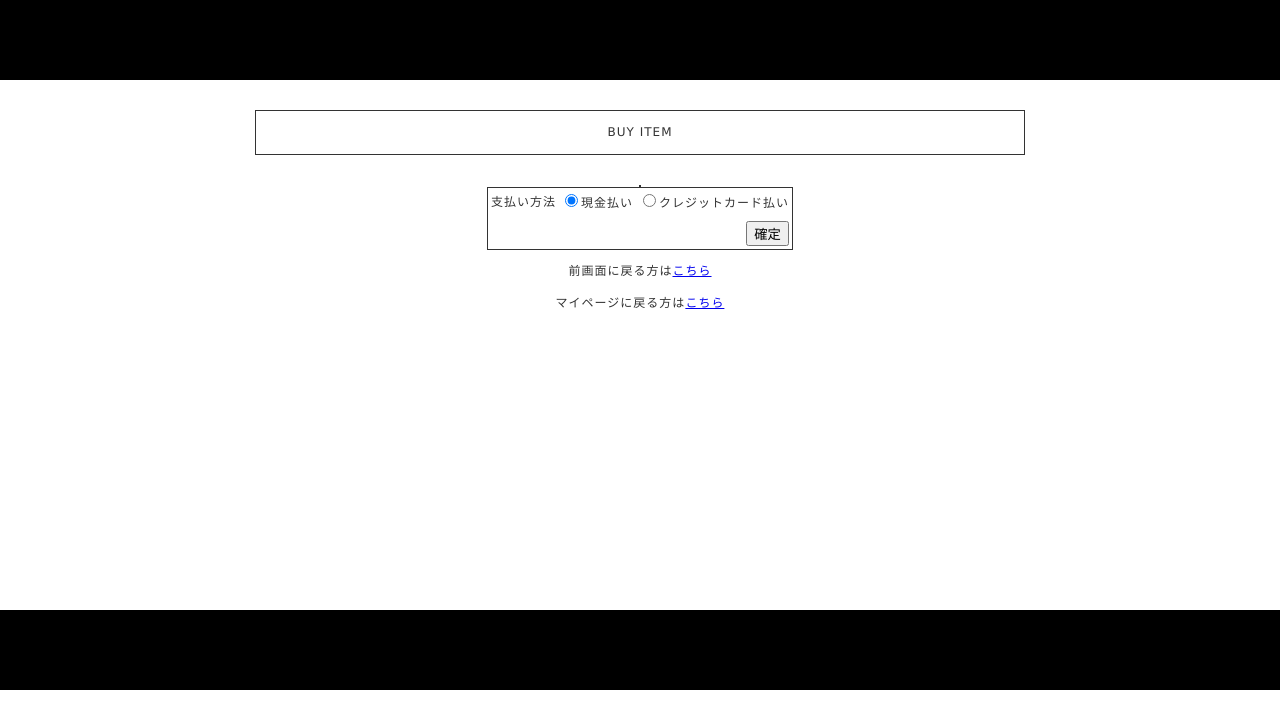
Repository: kf3225/backup
Page: http://localhost/ecsite/buyItem.jsp
The author's editor kept a copy of each file at every save. The page is drawn from the files as they stood at one save, then again after the next save.
The browser window is 1280 px wide. The pictures show the whole page.
The page is served by Tomcat 9.

Above is the page before, as saved 2018-01-29 06:41:54.

After the next save:
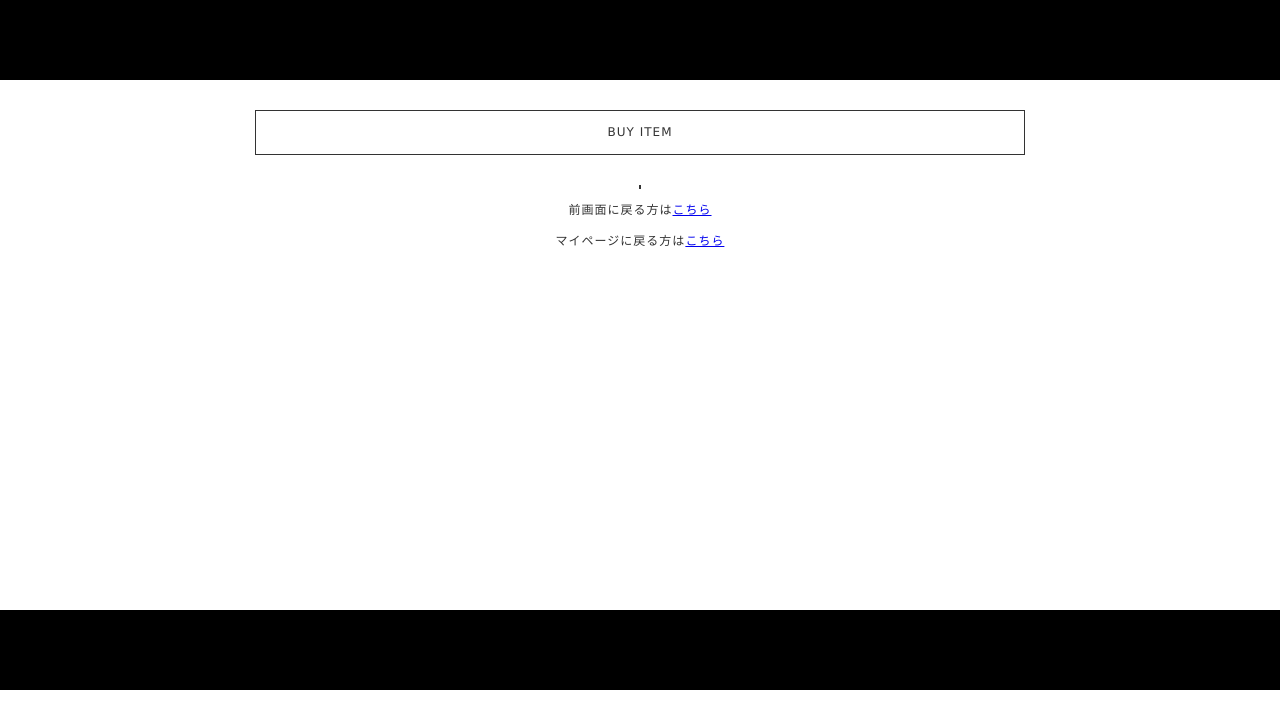
Saved 42 s later.
--- a/ecsite/WebContent/buyItem.jsp
+++ b/ecsite/WebContent/buyItem.jsp
@@ -76,36 +76,13 @@ table {
 			<s:iterator value="session.buyItemList">
 				<tr>
 					<td><span>商品名</span></td>
-					<td><s:property value="itemName" /><br></td>
+					<td><s:url action="ItemSelectAction"><s:property value="itemName" /></s:url><br></td>
 				</tr>
 				<tr>
 					<td><span>値段</span></td>
 					<td><s:property value="itemPrice" /><span>円</span></td>
 				</tr>
-				<tr>
-					<td><span>購入個数</span></td>
-					<td>
-					<select name="count">
-						<option value="0" selected="selected">0</option>
-						<option value="1">1</option>
-						<option value="2">2</option>
-						<option value="3">3</option>
-						<option value="4">4</option>
-						<option value="5">5</option>
-					</select>
-					</td>
-				</tr>
 				</s:iterator>
-				<tr>
-					<td><span>支払い方法</span></td>
-					<td>
-						<input type="radio" name="pay" value="1" checked="checked">現金払い
-						<input type="radio" name="pay" value="2">クレジットカード払い
-					</td>
-				</tr>
-				<tr>
-					<th><s:submit value="確定" /></th>
-				</tr>
 			</table>
 			</s:form>
 			<div>
